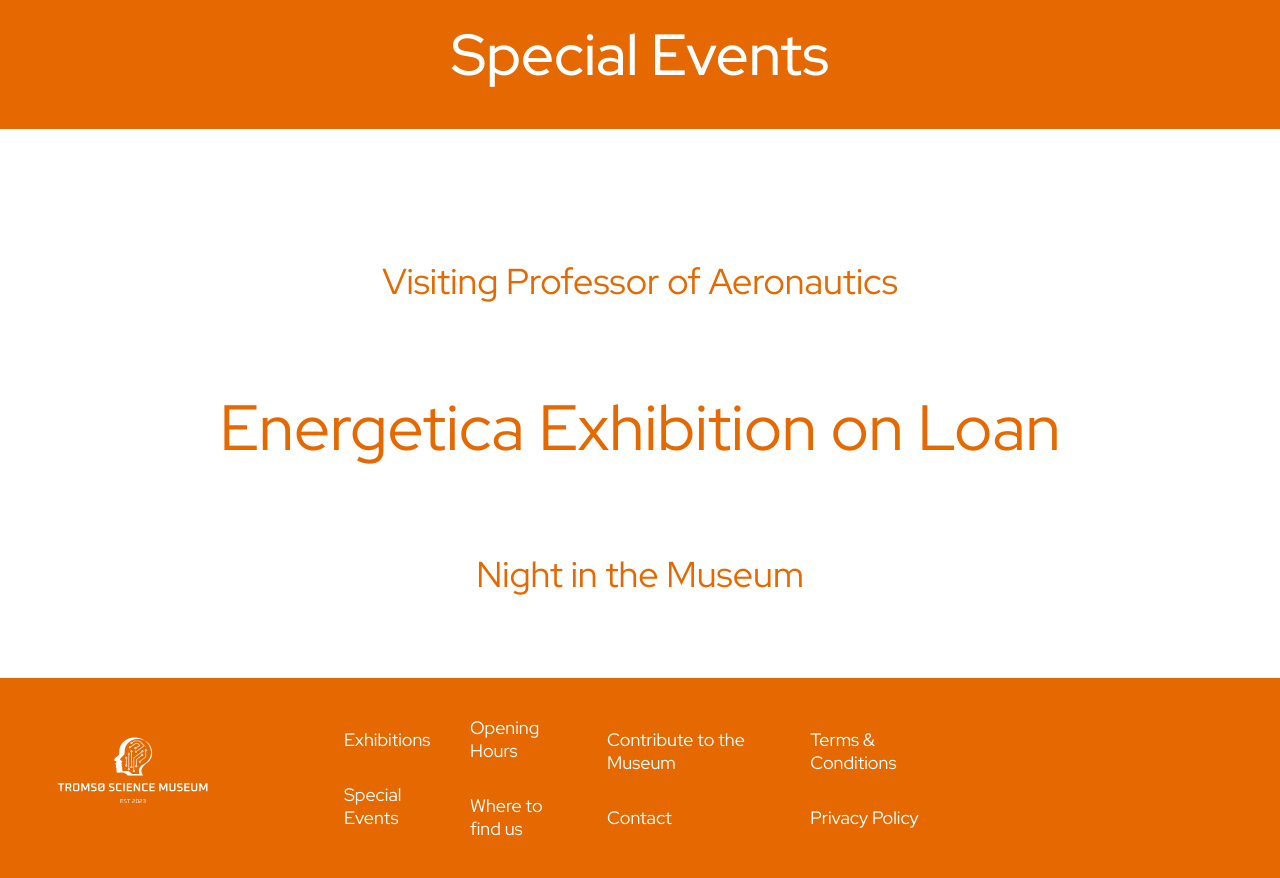
Repository: benjaminskarding/Semester-Project
Page: index.html
The author's editor kept a copy of each file at every save. The page is drawn from the files as they stood at one save, then again after the next save.
The browser window is 1280 px wide. The pictures show the part of the page from y = 5150 to 6102 px (the page is 6028 px tall before and 6102 px after).
A picture or video elsewhere on the page could not be fetched, so the positions and the page height are approximate.

Above is the page before, as saved 2023-12-01 17:11:56.

After the next save:
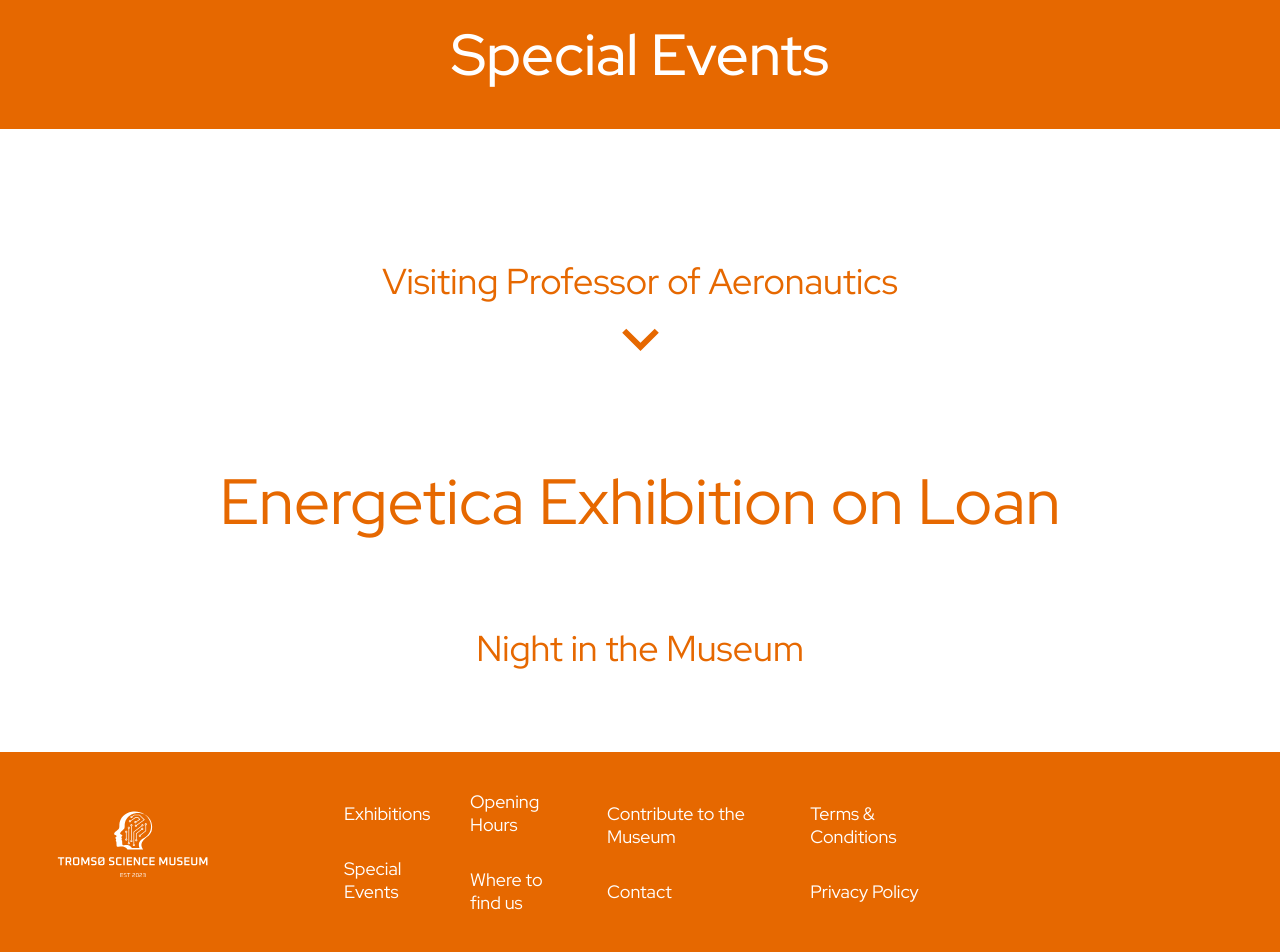
Saved 2 days later.
--- a/index.html
+++ b/index.html
@@ -270,7 +270,11 @@
 
     <div class="specEvents">
         <div class="specContent">
-            <h5 class="orange regular">Visiting Professor of Aeronautics</h5>
+            <div class="specSection">
+                <h5 class="orange regular">Visiting Professor of Aeronautics</h5>
+                <img src="assets/images/icons/arrow-down-s-line.svg" class="arrow" alt="expand">
+            </div>
+
             <h2 class="orange regular">Energetica Exhibition on Loan</h2>
             <h5 class="orange regular">Night in the Museum</h5>
         </div>
